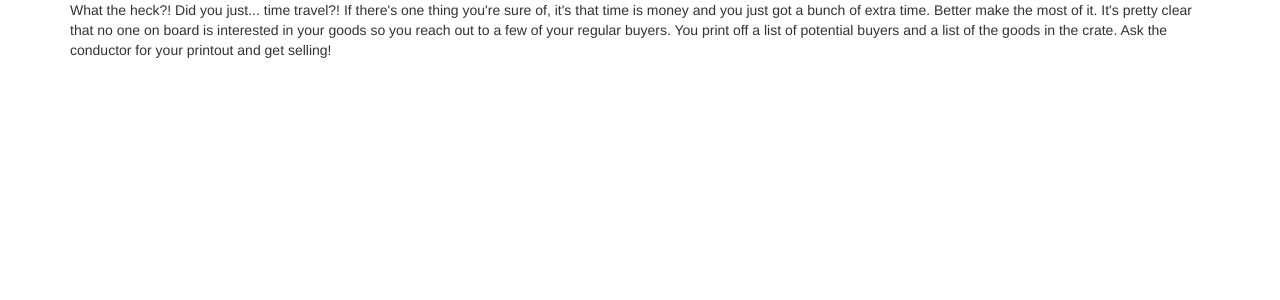
Repository: adleong/train-mystery
Page: 404.html
The author's editor kept a record of every edit. The page is drawn from the files as they stood at one moment, then again after the next edit.
The browser window is 1280 px wide. The pictures show the whole page.

Above is the page before.

After the next edit:
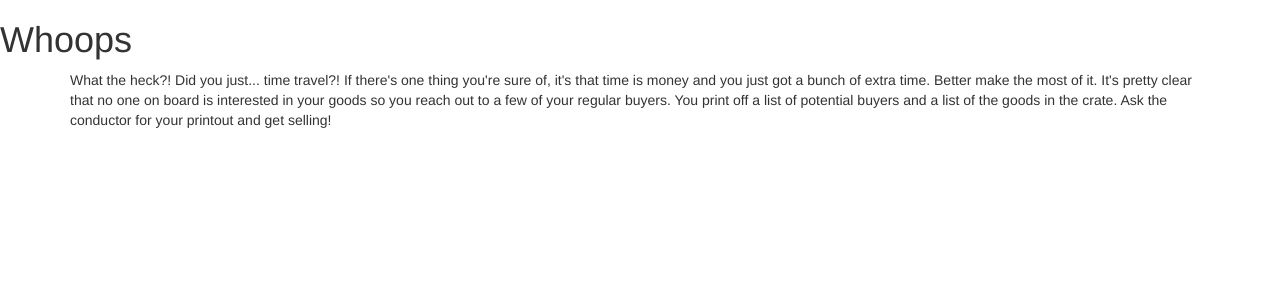
The edit:
--- a/404.html
+++ b/404.html
@@ -22,6 +22,7 @@
     <![endif]-->
  </head>
  <body>
+     <h1>Whoops</h1>
   <div class="container">
     <p>What the heck?! Did you just... time travel?!  If there's one thing you're sure of, it's that time is money and
     you just got a bunch of extra time.  Better make the most of it.  It's pretty clear that no one
